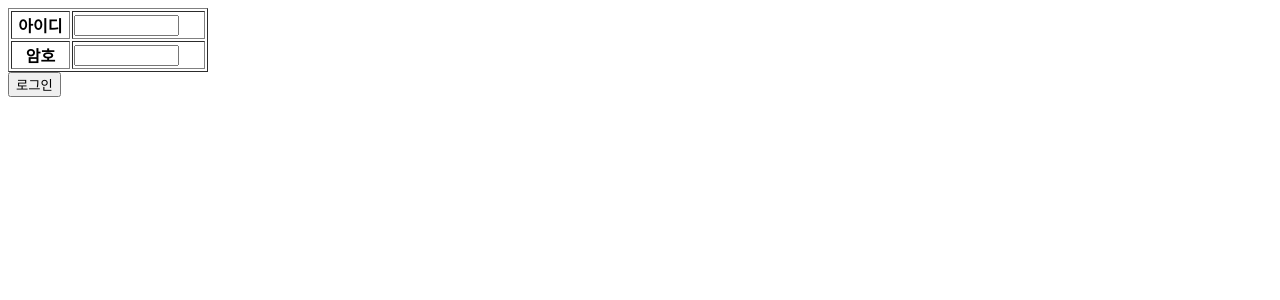
Repository: sungken/JSP
Page: http://localhost/JSPTest/login.jsp
An editor plug-in stored every save of this project. The page is shown before and after the next save, followed by the edit.
The browser window is 1280 px wide. The pictures show the whole page.
The page is served by Tomcat 9.

Above is the page before, as saved 2024-04-01 06:17:05.

After the next save:
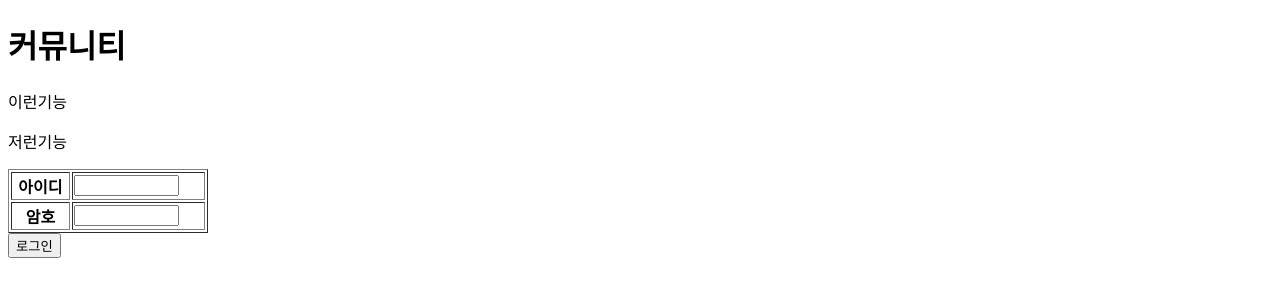
Saved 66 s later.
--- a/JSPTest/src/main/webapp/login.jsp
+++ b/JSPTest/src/main/webapp/login.jsp
@@ -9,6 +9,11 @@
 <body>
 <!-- login.jsp -->
 	<table border width="200">
+
+	<h1>커뮤니티</h1>
+
+	<p>이런기능</p>
+	<p>저런기능</p>
 		<tr>
 			<th>아이디</th>
 			<td><input type="text" size="10"></td>
